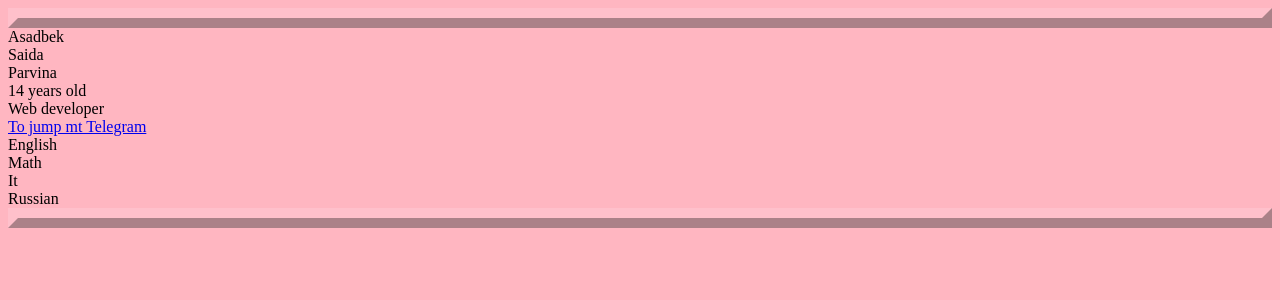
Repository: KHANas02/live-stream
Page: contact.html
An editor plug-in stored every save of this project. The page is shown before and after the next save, followed by the edit.
The browser window is 1280 px wide. The pictures show the whole page.

Above is the page before, as saved 2024-03-25 07:45:54.

After the next save:
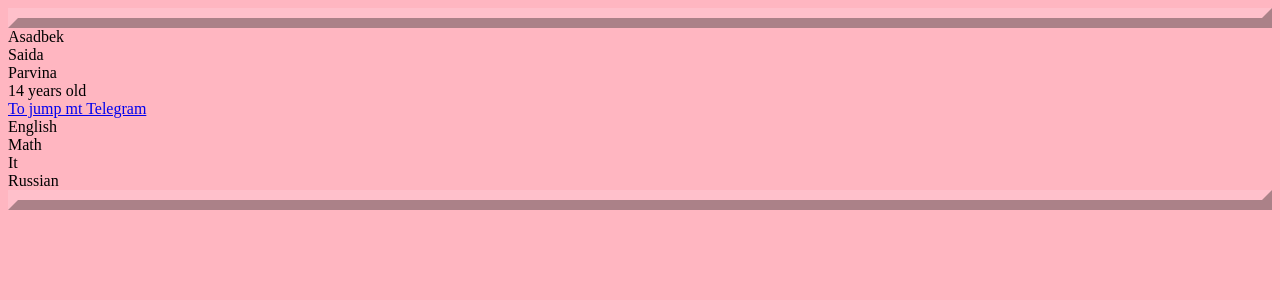
Saved 11 s later.
--- a/contact.html
+++ b/contact.html
@@ -28,7 +28,7 @@
     Saida <br>
     Parvina <br>
 14 years old <br>
-Web developer <br>
+
 <a href=" https://t.me/wzb_02">To jump mt Telegram</a> <br>
 
 English <br>
